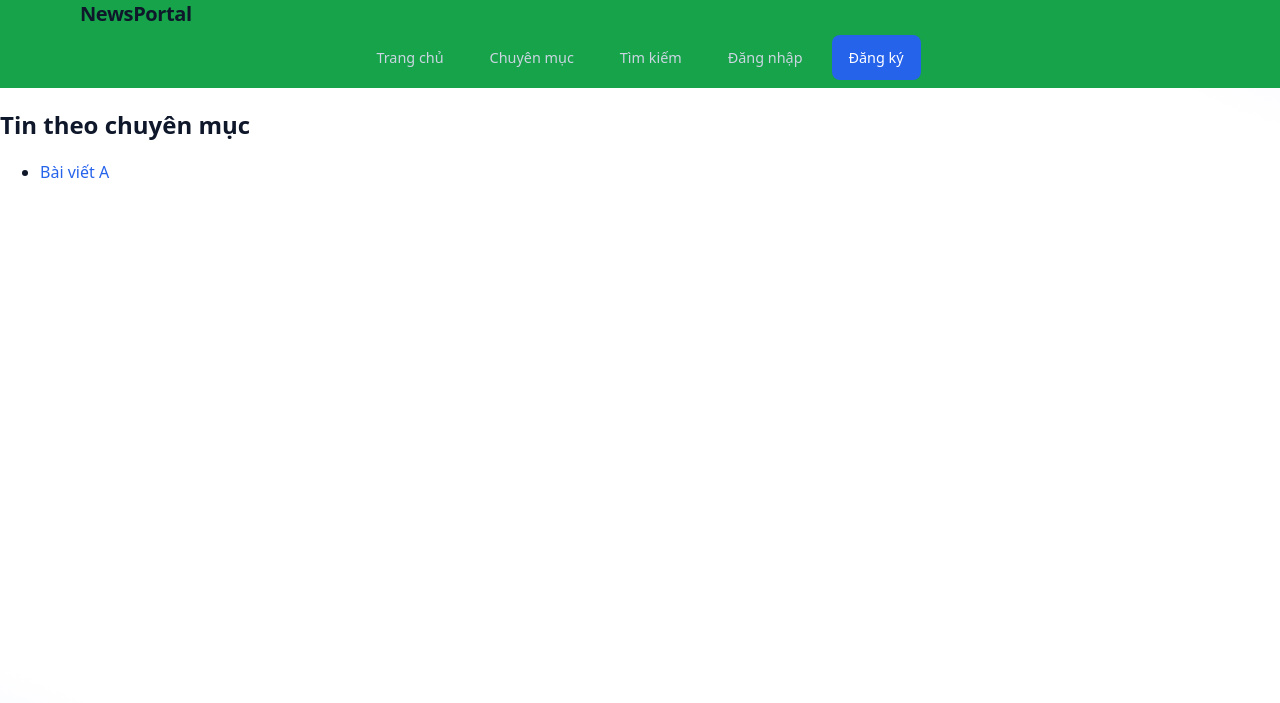
Repository: minhtvpy00202-git/Assignment_PY00202_MinhTV
Page: http://localhost/NewsPortal_PY00202/WEB-INF/views/category.jsp
These files come from the project's save history. The page is drawn as it stood at one moment and after the next save; the edit follows.
The browser window is 1280 px wide. The pictures show the whole page.
The page is served by Tomcat 10. Nobody is signed in. Other server files are loaded and not shown. The template is opened directly, without the code that normally fills it, so the values that code supplies are empty.

Above is the page before, as saved 2025-09-28 01:04:09.

### Assignment_NewsPortal/NewsPortal_PY00202/src/main/webapp/WEB-INF/views/category.jsp
<%@ page contentType="text/html; charset=UTF-8" %>
<%@ include file="layout/header.jsp" %>

<h2>Tin theo chuyên mục</h2>
<ul>
  <li><a href="news-detail.jsp">Bài viết A</a></

### Assignment_NewsPortal/NewsPortal_PY00202/src/main/webapp/WEB-INF/views/layout/header.jsp
<%@ page contentType="text/html; charset=UTF-8" pageEncoding="UTF-8"%>
<header class="site-header">
	<div class="container">
		<a class="logo" href="${pageContext.request.contextPath}/">NewsPortal</a>
		<nav class="main-nav">
			<a href="${pageContext.request.contextPath}/">Trang chủ</a> <a
				href="${pageContext.request.contextPath}/category">Chuyên mục</a> <a
				href="${pageContext.request.contextPath}/search">Tìm kiếm</a> <a
				href="${pageContext.request.contextPath}/login">Đăng nhập</a> <a
				class="btn" href="${pageContext.request.contextPath}/register">Đăng
				ký</a>
		</nav>
	</div>
</header>
<link rel="stylesheet"
	href="${pageContext.request.contextPath}/assets/css/style.css">

### Assignment_NewsPortal/NewsPortal_PY00202/src/main/webapp/WEB-INF/views/layout/sidebar.jsp
<%@ page contentType="text/html; charset=UTF-8" pageEncoding="UTF-8"%>
<%@ taglib prefix="c" uri="jakarta.tags.core" %>
<aside class="sidebar">
  <div class="sidebar-panel">
    <h3>Chuyên mục</h3>
    <div class="content">
      <ul>
        <c:forEach var="cata" items="${categories}">
          <li><a href="${pageContext.request.contextPath}/category?id=${cata.id}">${cata.name}</a></li>
        </c:forEach>
      </ul>
    </div>
  </div>

  <div class="sidebar-panel">
    <h3>Liên hệ</h3>
    <div class="content">
      <div class="meta">
        <strong>Email:</strong> contact@newsportal.local<br>
        <strong>Hotline:</strong> 1900-xxxx
      </div>
    </div>
  </div>
</aside>

### Assignment_NewsPortal/NewsPortal_PY00202/src/main/webapp/WEB-INF/views/layout/footer.jsp
<%@ page contentType="text/html; charset=UTF-8" pageEncoding="UTF-8"%>
<footer class="site-footer">
	<div class="container">
		<p>&copy; 2025 NewsPortal. All rights reserved.</p>
	</div>
</footer>
<script src="${pageContext.request.contextPath}/assets/js/main.js"></script>

Loaded but not shown: Assignment_NewsPortal/NewsPortal_PY00202/src/main/webapp/assets/js/main.js (common file); Assignment_NewsPortal/NewsPortal_PY00202/src/main/webapp/assets/css/style.css (1671 lines, source omitted)

After the next save:
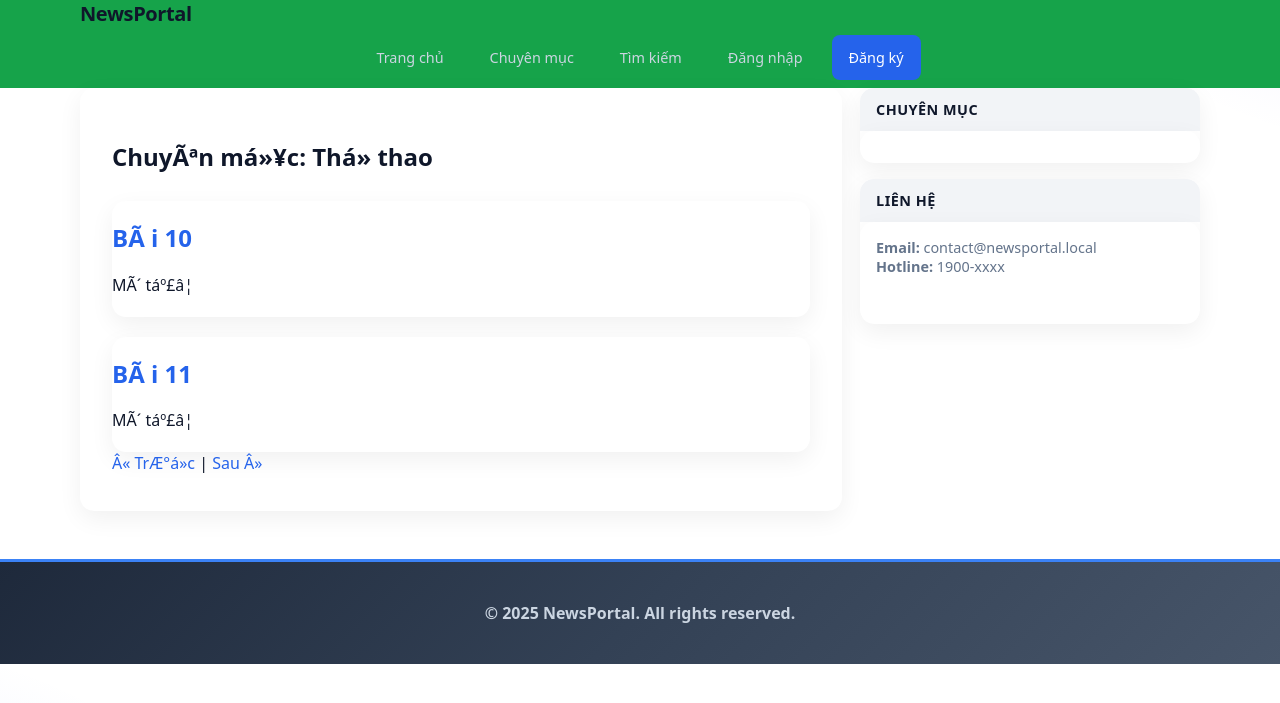
Saved 16 s later.
--- a/Assignment_NewsPortal/NewsPortal_PY00202/src/main/webapp/WEB-INF/views/category.jsp
+++ b/Assignment_NewsPortal/NewsPortal_PY00202/src/main/webapp/WEB-INF/views/category.jsp
@@ -1,6 +1,27 @@
-<%@ page contentType="text/html; charset=UTF-8" %>
-<%@ include file="layout/header.jsp" %>
-
-<h2>Tin theo chuyên mục</h2>
-<ul>
-  <li><a href="news-detail.jsp">Bài viết A</a></
+<%@ include file="/WEB-INF/views/layout/header.jsp"%>
+<main class="container grid">
+	<section class="content">
+		<h1>
+			Chuyên mục: <span>Thể thao</span>
+		</h1>
+		<div class="list-posts">
+			<article class="card">
+				<h2>
+					<a href="${pageContext.request.contextPath}/news/10">Bài 10</a>
+				</h2>
+				<p>Mô tả…</p>
+			</article>
+			<article class="card">
+				<h2>
+					<a href="${pageContext.request.contextPath}/news/11">Bài 11</a>
+				</h2>
+				<p>Mô tả…</p>
+			</article>
+		</div>
+		<div class="pager">
+			<a href="#">« Trước</a> | <a href="#">Sau »</a>
+		</div>
+	</section>
+	<section><%@ include file="/WEB-INF/views/layout/sidebar.jsp"%></section>
+</main>
+<%@ include file="/WEB-INF/views/layout/footer.jsp"%>
